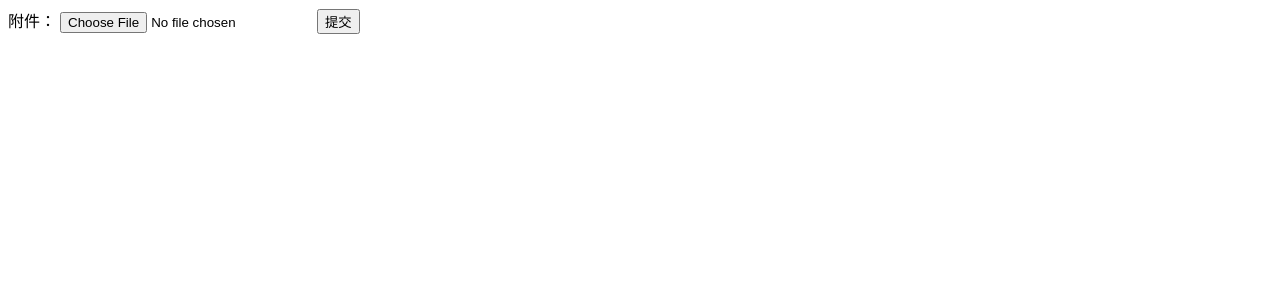
Repository: gongzheng-java/ProjectExample
Page: http://localhost/SSM/upload.jsp
These files come from the project's save history. The page is drawn as it stood at one moment and after the next save; the edit follows.
The browser window is 1280 px wide. The pictures show the whole page.
The page is served by Tomcat 9. Nobody is signed in. The application's start-up code is not run. Other server files are loaded and not shown.

Above is the page before, as saved 2019-03-03 07:48:44.

### SSM/src/main/webapp/upload.jsp
<%@ page language="java" contentType="text/html; charset=UTF-8"
    pageEncoding="UTF-8"%>
<!DOCTYPE html PUBLIC "-//W3C//DTD HTML 4.01 Transitional//EN" "http://www.w3.org/TR/html4/loose.dtd">
<html>
<head>
<meta http-equiv="Content-Type" content="text/html; charset=UTF-8">
<script type="text/javascript"  src="static/bootstrap/js/jquery-1.8.3.js"></script>
<script type="text/javascript"  src="static/bootstrap/js/jquery.min.js"></script>
<title>文件上传测试页面</title>
</head>
<body>
 <form id="myform"  method="post" >
     附件： <input id="aa" type="file" name="record"/>
      <input type="button" onclick="doUpload()" value="提交" />
   </form>
</body>
</div>
<script type="text/javascript">
function doUpload() {

	if(document.getElementById("aa").value == null || document.getElementById("aa").value == ""){
	        alert("请选择上传文件");
	        return
	}
    var formData = new FormData($( "#myform" )[0]);
     alert(formData);
    $.ajax({
         url: 'upload/fileupload' ,
         type: 'POST',
         data: formData,
         async: false,
         cache: false,
         contentType: false,
         processData: false,
         success: function (returndata) {
             alert("上传成功！！！");
         },
         error: function (returndata) {
             alert("上传失败");
         }
    });
}
</script>
</html>

Loaded but not shown: SSM/src/main/webapp/static/bootstrap/js/jquery-1.8.3.js (library); SSM/src/main/webapp/static/bootstrap/js/jquery.min.js (library)

After the next save:
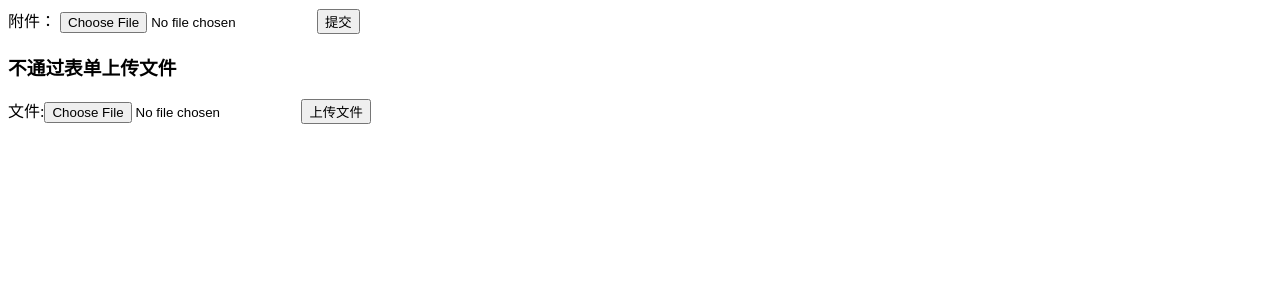
Saved 23 min 22 s later.
--- a/SSM/src/main/webapp/upload.jsp
+++ b/SSM/src/main/webapp/upload.jsp
@@ -13,6 +13,13 @@
      附件： <input id="aa" type="file" name="record"/>
       <input type="button" onclick="doUpload()" value="提交" />
    </form>
+
+   <div>
+   <h3>不通过表单上传文件</h3>
+   文件:<input id="file" type="file" name="file"/>
+<button id="upload">上传文件</button>
+
+   </div>
 </body>
 </div>
 <script type="text/javascript">
